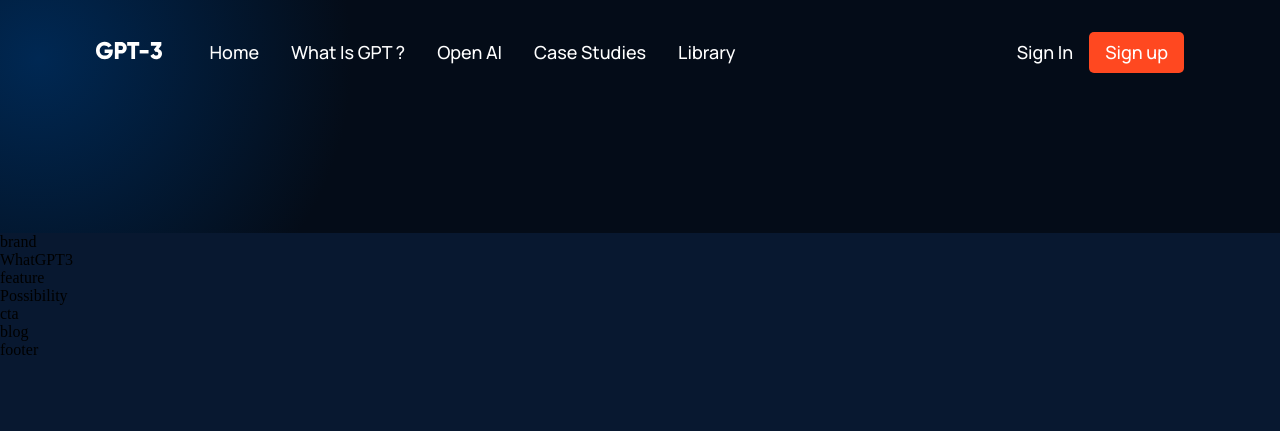
Repository: smitranjansingh29/gpt3-react
Page: /
The author's editor kept a copy of each file at every save. The page is drawn from the files as they stood at one save, then again after the next save.
The browser window is 1280 px wide. The pictures show the whole page.
The project was rebuilt for these pictures with package versions that can differ from the ones it lists, and the page was loaded fresh each time. Also part of the build but not shown: src/components/brand/brand.css, src/components/cta/cta.css, src/components/feature/feature.css, src/components/feature/Feature.jsx, src/containers/features/feature.css, src/containers/footer/footer.css, src/containers/header/header.css, src/containers/possibility/possibility.css and 1 more.

Above is the page before, as saved 2023-10-02 19:47:55.

### src/index.js
import React from 'react';
import ReactDOM from 'react-dom';
import App from './App';
import './index.css';

ReactDOM.render( < App / > , document.getElementById('root'));

### src/App.js
import React from 'react';

import { Brand , Cta , Navbar } from './components';
import { Footer , Blog , Possibility , Features , WhatGPT3 , Header } from './containers';

import './App.css';
const App = () => {
  return (
    <div className='App' >
    <div className='gradient__bg' >
      <Navbar/>
      <Header/>
    </div>
    <Brand/>
    <WhatGPT3/>
    <Features/>
    <Possibility/>
    <Cta/>
    <Blog/>
    <Footer/>
    </div>
  )
}

export default App

### src/index.css
@import url('https://fonts.googleapis.com/css2?family=Manrope:wght@200;300;400;500;600;700;800&display=swap');
:root {
    --font-family: 'Manrope', sans-serif;
    --gradient-text: linear-gradient(89.97deg, #AE67FA 1.84%, #F49867 102.67%);
    --gradient-bar: linear-gradient(103.22deg, #AE67FA -13.86%, #F49867 99.55%);
    --color-bg: #081830;
    --color-footer: #031B34;
    --color-blog: #042c54;
    --color-text: #81AFDD;
    --color-subtext: #FF8A71;
}

### src/components/index.js
export { default as Article } from './article/Article';
export { default as Brand } from './brand/Brand';
export { default as Cta } from './cta/Cta';
export { default as Feature } from './feature/Feature';
export { default as Navbar } from './navbar/Navbar';

### src/App.css
* {
    padding: 0;
    margin: 0;
    box-sizing: border-box;
    scroll-behavior: smooth;
}

body {
    background: var(--color-bg);
}

a {
    color: unset;
    text-decoration: none;
}

.gradient__bg {
    background: -moz-radial-gradient(circle at 3% 25%, rgba(0, 40, 83, 1) 0%, rgba(4, 12, 24, 1) 25%);
    /* safari 5.1+,chrome 10+ */
    background: -webkit-radial-gradient(circle at 3% 25%, rgba(0, 40, 83, 1) 0%, rgba(4, 12, 24, 1) 25%);
    /* opera 11.10+ */
    background: -o-radial-gradient(circle at 3% 25%, rgba(0, 40, 83, 1) 0%, rgba(4, 12, 24, 1) 25%);
    /* ie 10+ */
    background: -ms-radial-gradient(circle at 3% 25%, rgba(0, 40, 83, 1) 0%, rgba(4, 12, 24, 1) 25%);
    /* global 92%+ browsers support */
    background: radial-gradient(circle at 3% 25%, rgba(0, 40, 83, 1) 0%, rgba(4, 12, 24, 1) 25%);
}

.gradient__text {
    background: var(--gradient-text);
    background-clip: text;
    -webkit-background-clip: text;
    -webkit-text-fill-color: transparent;
}

.section__padding {
    padding: 4rem 6rem;
}

.section__margin {
    margin: 4rem 6rem;
}

.scale-up-center {
    -webkit-animation: scale-up-center 0.4s cubic-bezier(0.390, 0.575, 0.565, 1.000) both;
    animation: scale-up-center 0.4s cubic-bezier(0.390, 0.575, 0.565, 1.000) both;
}

@-webkit-keyframes scale-up-center {
    0% {
        -webkit-transform: scale(0.5);
        transform: scale(0.5);
    }
    100% {
        -webkit-transform: scale(1);
        transform: scale(1);
    }
}

@keyframes scale-up-center {
    0% {
        -webkit-transform: scale(0.5);
        transform: scale(0.5);
    }
    100% {
        -webkit-transform: scale(1);
        transform: scale(1);
    }
}

@media screen and (max-width: 700px) {
    .section__padding {
        padding: 4rem;
    }
    .section__margin {
        margin: 4rem;
    }
}

@media screen and (max-width: 550px) {
    .section__padding {
        padding: 4rem 2rem;
    }
    .section__margin {
        margin: 4rem 2rem;
    }
}

### src/components/article/Article.jsx
import React from 'react'

const Article = () => {
    return ( <
        div >
        Article <
        /div>
    )
}

export default Article

### src/components/brand/Brand.jsx
import React from 'react';
import './brand.css';
const Brand = () => {
  return (
    <div>
      brand
    </div>
  )
}

export default Brand

### src/components/cta/Cta.jsx
import React from 'react';
import './cta.css';
const Cta = () => {
  return (
    <div>
      cta
    </div>
  )
}

export default Cta

### src/components/navbar/Navbar.jsx
import React , { useState } from "react";
import { RiMenu3Line, RiCloseLine } from "react-icons/ri";
import logo from '../../assets/logo.svg'
import "./navbar.css";


const Navbar = () => {

const [toggleMenu , setToggleMenu] = useState(false);


  return (
    <div className="gpt3__navbar">
      <div className="gpt3__navbar-links">
        <div className="gpt3__navbar-links_logo">
          <img src={logo} alt="logo" />
        </div>
        <div className="gpt3__navbar-links_container">
          <p> <a href="#home"> Home </a> </p>
          <p> <a href="#wgpt3"> What is GPT ? </a> </p>
          <p> <a href="#possibility"> Open AI </a> </p>
          <p> <a href="#features"> Case Studies </a> </p>
          <p> <a href="#blog"> Library </a> </p>
        </div>
      </div>
      <div className="gpt3__navbar-sign" >
        <p>Sign in</p>
        <button type="button" >Sign up</button>
      </div>
      <div className="gpt3__navbar-menu" >
      {toggleMenu
          ? <RiCloseLine color="#fff" size={27} onClick={() => setToggleMenu(false)} />
          : <RiMenu3Line color="#fff" size={27} onClick={() => setToggleMenu(true)} />}
        {toggleMenu && (
        <div className="gpt3__navbar-menu_container scale-up-center">
          <div className="gpt3__navbar-menu_container-links">
            <p><a href="#home">Home</a></p>
            <p><a href="#wgpt3">What is GPT3?</a></p>
            <p><a href="#possibility">Open AI</a></p>
            <p><a href="#features">Case Studies</a></p>
            <p><a href="#blog">Library</a></p>
          </div>
          <div className="gpt3__navbar-menu_container-links-sign">
            <p>Sign in</p>
            <button type="button">Sign up</button>
          </div>
        </div>
        )}
      </div>
    </div>
  );
};

export default Navbar;

### src/containers/blog/Blog.jsx
import React from 'react'

const Blog = () => {
  return (
    <div>
      blog
    </div>
  )
}

export default Blog

### src/containers/features/Features.jsx
import React from 'react';
import './feature.css';
const Features = () => {
  return (
    <div>
      feature
    </div>
  )
}

export default Features

### src/containers/footer/Footer.jsx
import React from 'react';
import './footer.css';

const Footer = () => {
  return (
    <div>
      footer
    </div>
  )
}

export default Footer

### src/containers/header/Header.jsx
import React from 'react';
import './header.css';

const Header = () => {
  return (
    <div className="gpt3__header section__padding" id='home' >
      <div className='gpt3__header-content' >
      <h1 className='' ></h1>
      </div>
    </div>
  )
}

export default Header

### src/containers/possibility/Possibility.jsx
import React from 'react';
import './possibility.css';
const Possibility = () => {
  return (
    <div>
      Possibility
    </div>
  )
}

export default Possibility

### src/containers/whatGPT3/WhatGPT3.jsx
import React from 'react';
import './whatGPT3.css';
const WhatGPT3 = () => {
    return ( <
        div >
        WhatGPT3 <
        /div>
    )
}

export default WhatGPT3

### src/components/navbar/navbar.css
.gpt3__navbar {
    display: flex;
    justify-content: space-between;
    align-items: center;
    padding: 2rem 6rem;
}

.gpt3__navbar-links {
    flex: 1;
    display: flex;
    justify-content: flex-start;
    align-items: center;
}

.gpt3__navbar-links_logo {
    margin-right: 2rem;
}

.gpt3__navbar-links_logo img {
    width: 65.56px;
    height: 20.02px;
}

.gpt3__navbar-links_container {
    display: flex;
    flex-direction: row;
}

.gpt3__navbar-sign {
    display: flex;
    justify-content: flex-end;
    align-items: center;
}

.gpt3__navbar-links_container p,
.gpt3__navbar-sign p,
.gpt3__navbar-menu_container p {
    color: #fff;
    font-family: var(--font-family);
    font-weight: 500;
    font-size: 18px;
    line-height: 25px;
    text-transform: capitalize;
    margin: 0 1rem;
    cursor: pointer;
}

.gpt3__navbar-sign button,
.gpt3__navbar-menu_container button {
    padding: 0.5rem 1rem;
    color: #fff;
    background: #FF4820;
    font-family: var(--font-family);
    font-weight: 500;
    font-size: 18px;
    line-height: 25px;
    border: none;
    outline: none;
    cursor: pointer;
    border-radius: 5px;
}

.gpt3__navbar-menu {
    margin-left: 1rem;
    display: none;
    position: relative;
}

.gpt3__navbar-menu svg {
    cursor: pointer;
}

.gpt3__navbar-menu_container {
    display: flex;
    justify-content: flex-end;
    align-items: flex-end;
    flex-direction: column;
    text-align: end;
    background: var(--color-footer);
    padding: 2rem;
    position: absolute;
    right: 0;
    top: 40px;
    margin-top: 1rem;
    min-width: 210px;
    border-radius: 5px;
    box-shadow: 0px 0px 5px rgba(0, 0, 0, 0.2);
}

.gpt3__navbar-menu_container p {
    margin: 1rem 0;
}

.gpt3__navbar-menu_container-links-sign {
    display: none;
}

@media screen and (max-width: 1050px) {
    .gpt3__navbar-links_container {
        display: none;
    }
    .gpt3__navbar-menu {
        display: flex;
    }
}

@media screen and (max-width: 700px) {
    .gpt3__navbar {
        padding: 2rem 4rem;
    }
}

@media screen and (max-width: 550px) {
    .gpt3__navbar {
        padding: 2rem;
    }
    .gpt3__navbar-sign {
        display: none;
    }
    .gpt3__navbar-menu_container {
        top: 20px;
    }
    .gpt3__navbar-menu_container-links-sign {
        display: block;
    }
}

Loaded but not shown: public/index.html (common file); src/containers/index.js (common file)

After the next save:
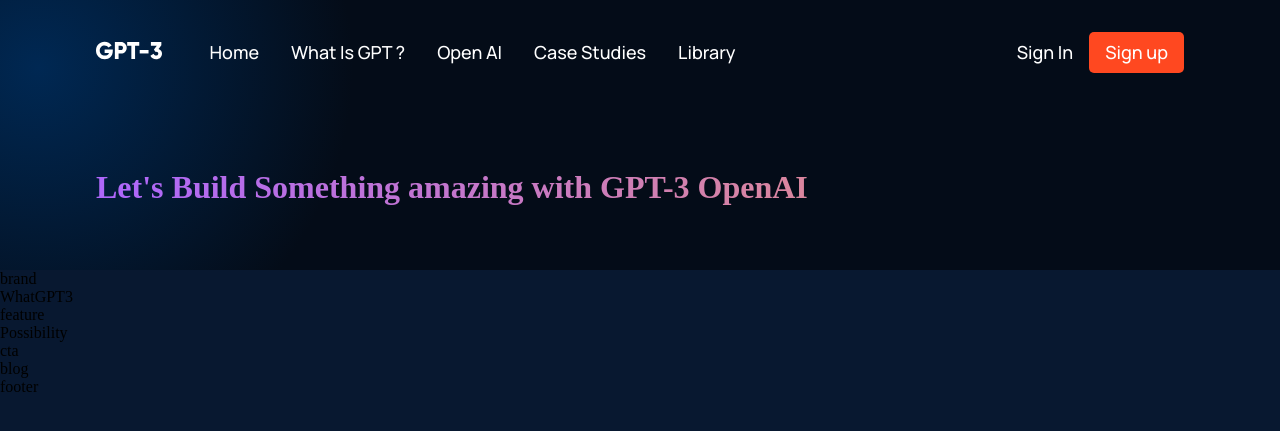
Saved 13 s later.
--- a/src/containers/header/Header.jsx
+++ b/src/containers/header/Header.jsx
@@ -5,7 +5,7 @@
   return (
     <div className="gpt3__header section__padding" id='home' >
       <div className='gpt3__header-content' >
-      <h1 className='' ></h1>
+      <h1 className="gradient__text">Let&apos;s Build Something amazing with GPT-3 OpenAI</h1>
       </div>
     </div>
   )
